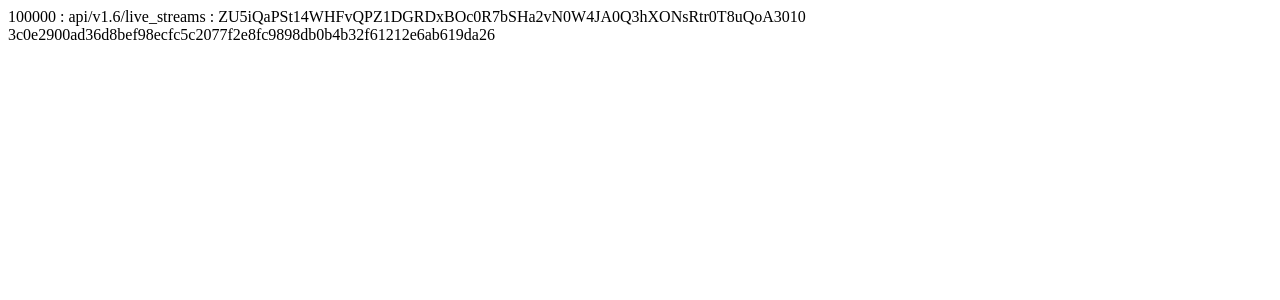
Repository: junhyeongShin/comunity_app
Page: http://localhost/Broadcast/curl copy.php
An editor plug-in stored every save of this project. The page is shown before and after a run of saves, followed by the edit.
The browser window is 1280 px wide. The pictures show the whole page.
The page is run by PHP 8.4 with error messages shown; the project is at /var/www/html/.

Above is the page before, as saved 2021-05-28 13:45:55.

### Broadcast/curl copy.php
<?php

$timestamp = 100000;
$path = "api/v1.6/live_streams";
$wscApiKey = "ZU5iQaPSt14WHFvQPZ1DGRDxBOc0R7bSHa2vN0W4JA0Q3hXONsRtr0T8uQoA3010";

$wscApiKey_hash = hash('sha256',$wscApiKey,false);

$hmacData = ($timestamp.' : '.$path.' : '.$wscApiKey);
echo $hmacData;
echo '<br>';

$hash_key = hash_hmac('sha256',$hmacData,$wscApiKey_hash);
echo $hash_key;
echo '<br>';


?>

After the next 2 saves:
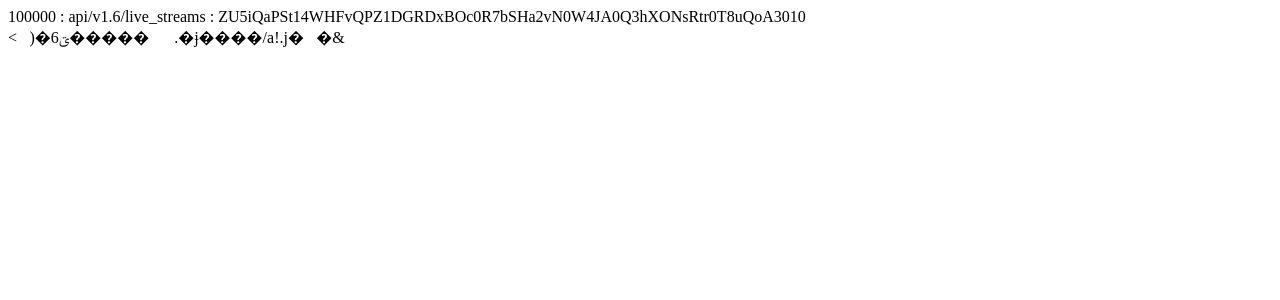
The 2 saves are shown as one change because they came seconds apart.
The last was saved 7 s later.
--- a/Broadcast/curl copy.php
+++ b/Broadcast/curl copy.php
@@ -4,13 +4,13 @@ $timestamp = 100000;
 $path = "api/v1.6/live_streams";
 $wscApiKey = "ZU5iQaPSt14WHFvQPZ1DGRDxBOc0R7bSHa2vN0W4JA0Q3hXONsRtr0T8uQoA3010";
 
-$wscApiKey_hash = hash('sha256',$wscApiKey,false);
+$wscApiKey_hash = hash('sha256',$wscApiKey);
 
 $hmacData = ($timestamp.' : '.$path.' : '.$wscApiKey);
 echo $hmacData;
 echo '<br>';
 
-$hash_key = hash_hmac('sha256',$hmacData,$wscApiKey_hash);
+$hash_key = hash_hmac('sha256',$hmacData,$wscApiKey_hash,true);
 echo $hash_key;
 echo '<br>';
 
